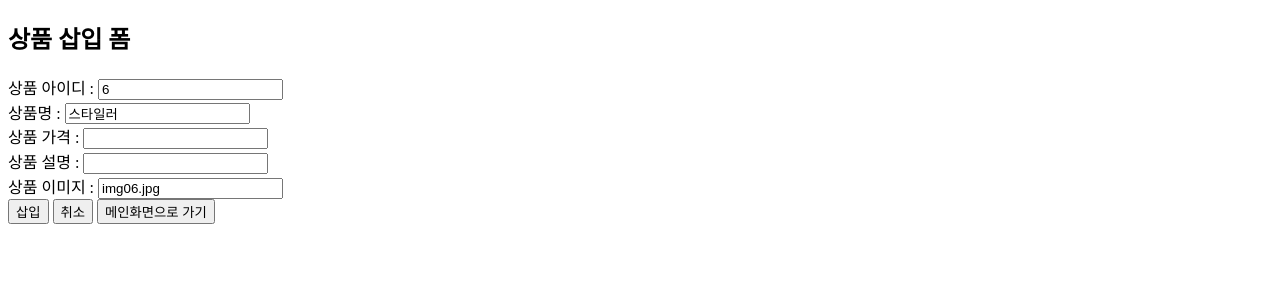
Repository: JhPlayGround/jsp
Page: http://localhost/chap03_MVC_JDBC/WEB-INF/views/jsp/insertForm.jsp
These files come from the project's save history. The page is drawn as it stood at one moment and after the next save; the edit follows.
The browser window is 1280 px wide. The pictures show the whole page.
The page is served by Tomcat 9. Nobody is signed in. The template is opened directly, without the code that normally fills it, so the values that code supplies are empty.

Above is the page before, as saved 2019-08-06 02:32:52.
Console error (its wording comes from the project's code and is left out).

After the next save:
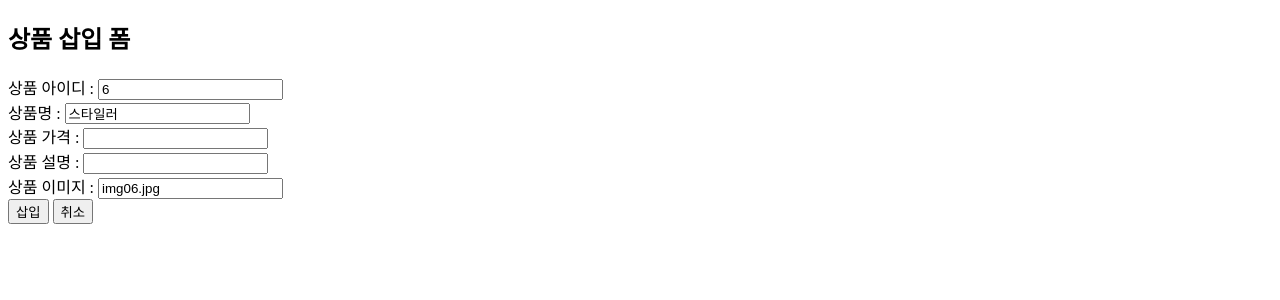
Saved 13 s later.
--- a/workspace/chap03_MVC_JDBC/src/main/webapp/WEB-INF/views/jsp/insertForm.jsp
+++ b/workspace/chap03_MVC_JDBC/src/main/webapp/WEB-INF/views/jsp/insertForm.jsp
@@ -34,9 +34,9 @@
 		상품 설명 : <input id = "item_des" name = "item_des"><br>
 		상품 이미지 : <input id = "item_pic" name = "item_pic" value="img06.jpg"><br>
 		<input type ="submit" value = "삽입"/>
-		<input type ="reset" value = "취소"/>
+
 		<a href = "<%=request.getContextPath() %>/main.do">
-			<input type="button" value="메인화면으로 가기" class="btn">
+			<input type ="reset" value = "취소"/>
 		</a>
 	</form>
 </body>
